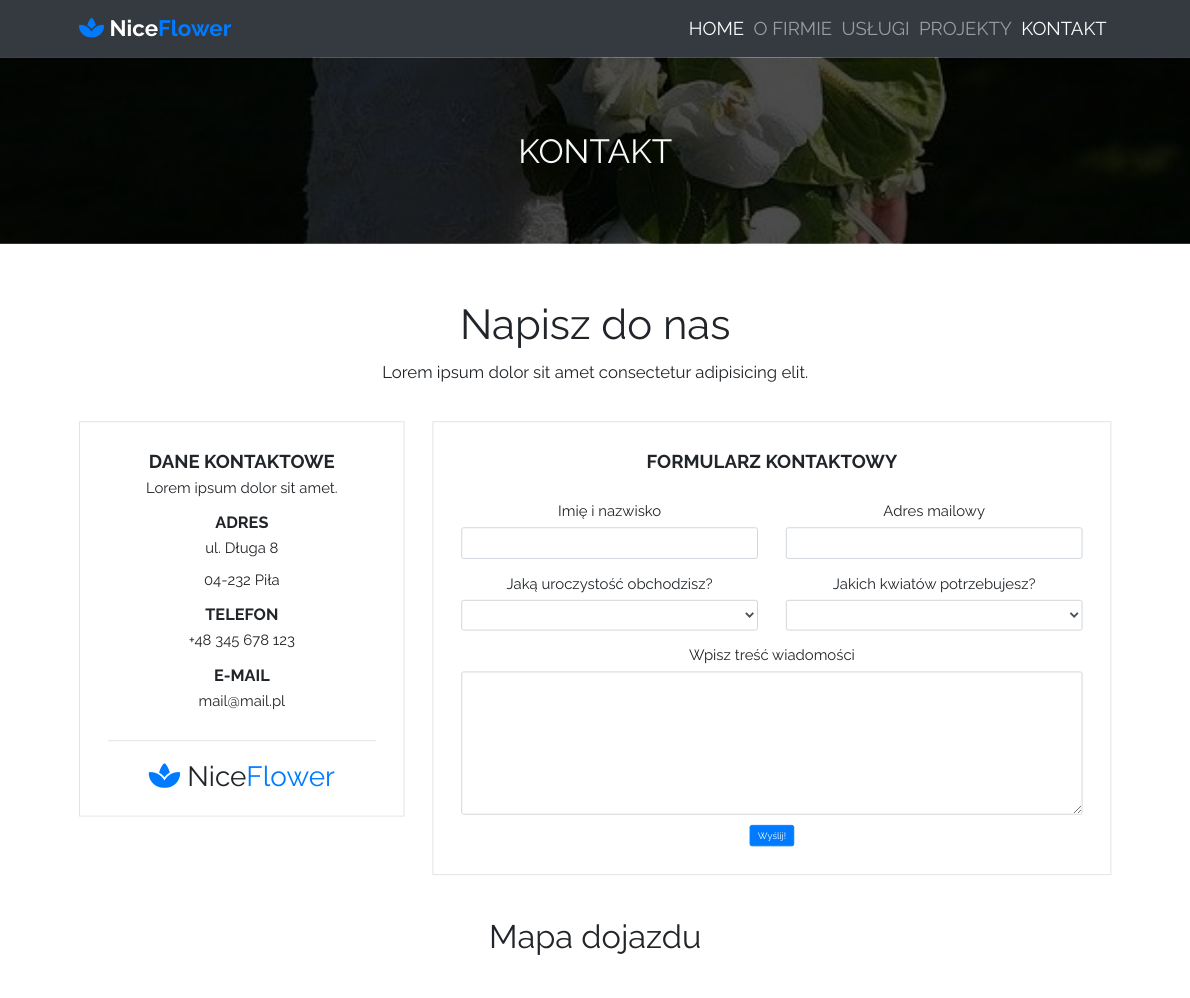
Repository: KrzysKolo/Projekt-13_Kwiaciarnia
Page: contact.html
An editor plug-in stored every save of this project. The page is shown before and after the next save, followed by the edit.
The browser window is 1280 px wide. The pictures show the part of the page from y = 0 to 1073 px (the page is 1317 px tall before and 1587 px after), at 93% of full size.
Pictures or frames that could not be fetched are drawn as grey boxes. Some web libraries are served in a nearby version.

Above is the page before, as saved 2020-08-11 14:02:36.

After the next save:
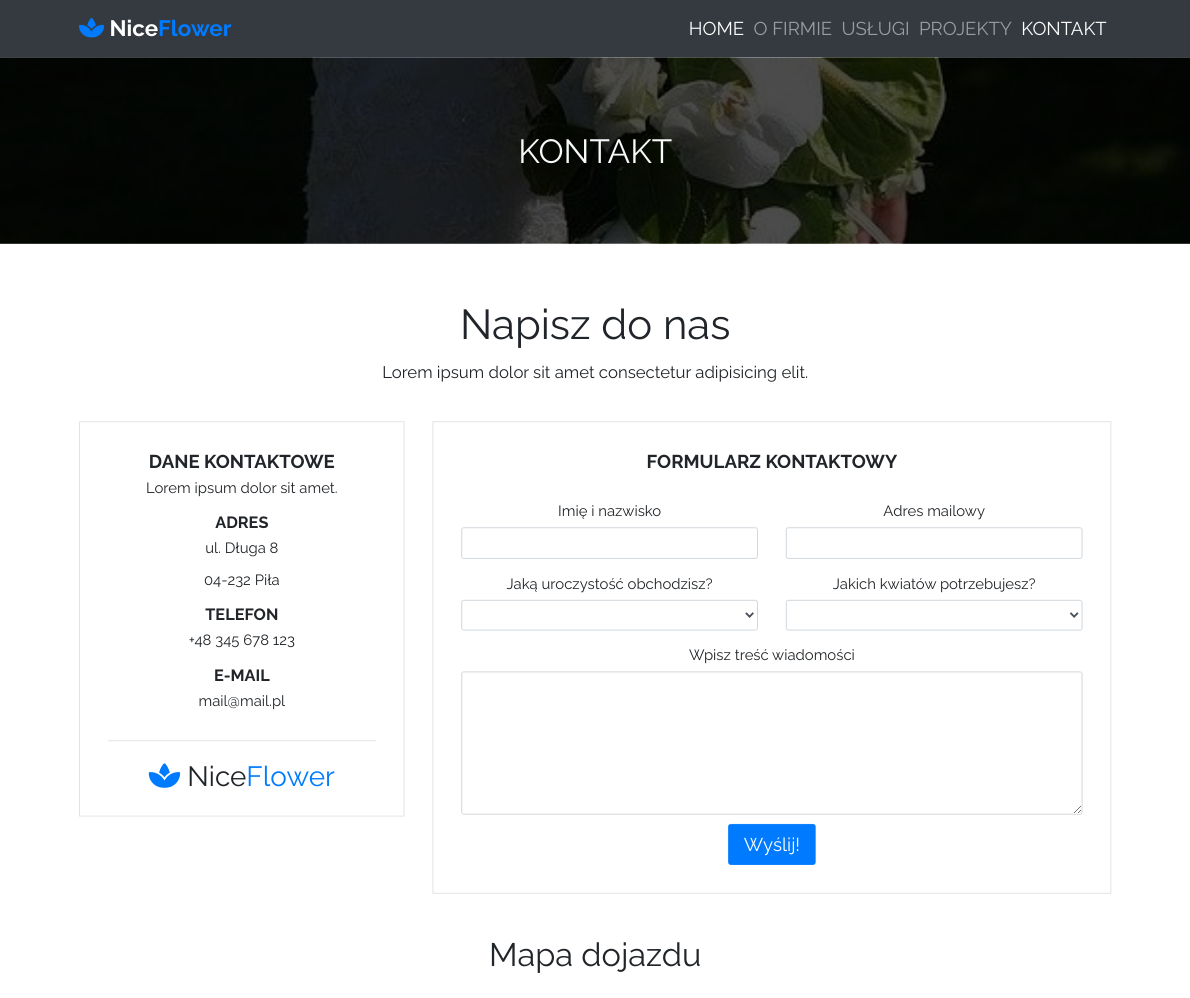
Saved 79 s later.
--- a/style.css
+++ b/style.css
@@ -224,6 +224,11 @@ header {
 }
 .contact .btn {
   padding: 0.3em 0.8em;
+  font-size: 2rem;
+}
+.contact-map iframe {
+  width: 100%;
+  min-height: 400px;
 }
 /* ----------- */
 /*    footer   */
